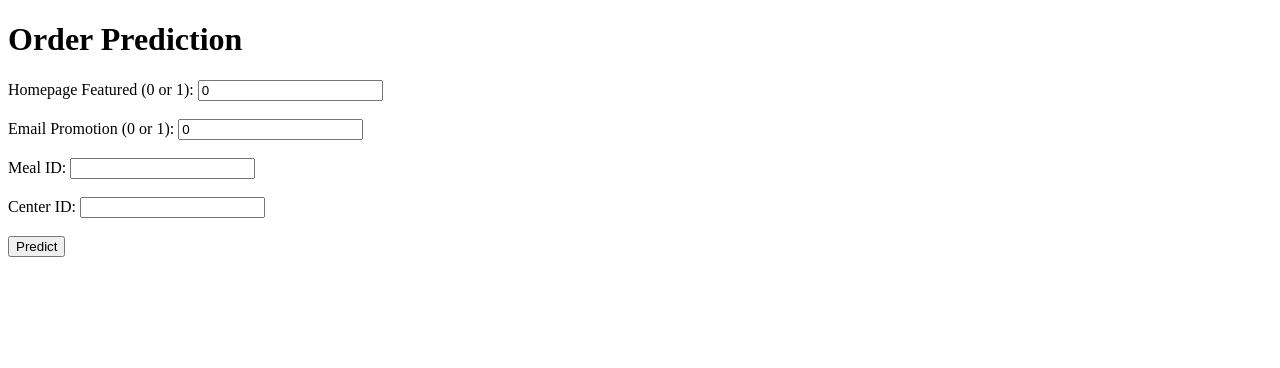
Repository: VishakhaSainani/food_demand_prediction
Page: index.html
The author's editor kept a copy of each file at every save. The page is drawn from the files as they stood at one save, then again after the next save.
The browser window is 1280 px wide. The pictures show the whole page.

Above is the page before, as saved 2024-04-25 02:32:00.

### index.html
<!DOCTYPE html>
<html lang="en">
  <head>
    <meta charset="UTF-8" />
    <meta name="viewport" content="width=device-width, initial-scale=1.0" />
    <title>Order Prediction</title>
  </head>
  <body>
    <h1>Order Prediction</h1>
    <label for="homepage">Homepage Featured (0 or 1):</label>
    <input type="number" id="homepage" value="0" /><br /><br />
    <label for="emailpromo">Email Promotion (0 or 1):</label>
    <input type="number" id="emailpromo" value="0" /><br /><br />
    <label for="mealid">Meal ID:</label>
    <input type="text" id="mealid" value="" /><br /><br />
    <label for="centerid">Center ID:</label>
    <input type="text" id="centerid" value="" /><br /><br />
    <button onclick="predict()">Predict</button><br /><br />
    <div id="result"></div>

    <script>
      function predict() {
        const homepage = document.getElementById("homepage").value;
        const emailpromo = document.getElementById("emailpromo").value;
        const mealid = document.getElementById("mealid").value;
        const centerid = document.getElementById("centerid").value;
        const data = {
          homepage_featured: homepage,
          emailer_for_promotion: emailpromo,
          meal_id: mealid,
          center_id: centerid,
        };

        fetch("/predict", {
          method: "POST",
          headers: {
            "Content-Type": "application/json",
          },
          body: JSON.stringify(data),
        })
          .then((response) => response.json())
          .then((data) => {
            document.getElementById(
              "result"
            ).innerText = `Predicted Number of Orders: ${data}`;
          })
          .catch((error) => {
            console.error("Error:", error);
          });
      }
    </script>
  </body>
</html>

After the next save:
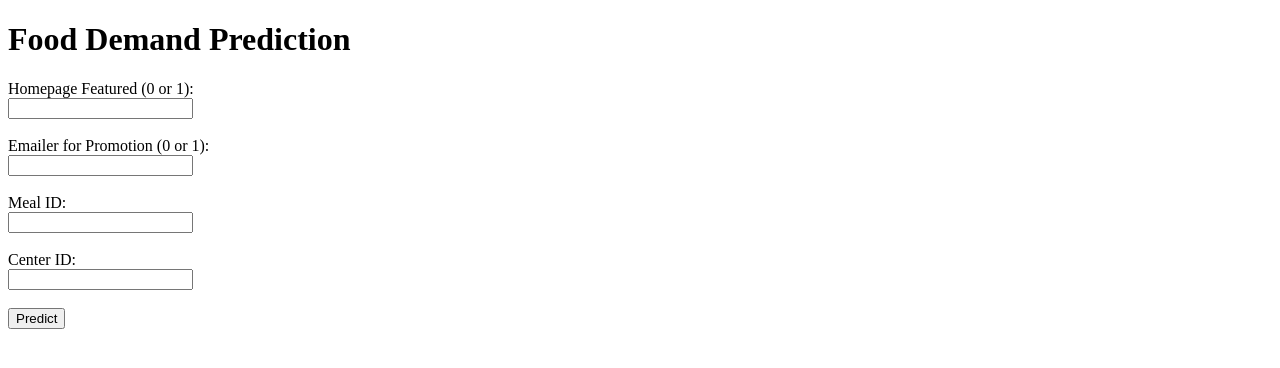
Saved 1 s later.
--- a/index.html
+++ b/index.html
@@ -3,51 +3,66 @@
   <head>
     <meta charset="UTF-8" />
     <meta name="viewport" content="width=device-width, initial-scale=1.0" />
-    <title>Order Prediction</title>
+    <title>Food Demand Prediction</title>
   </head>
   <body>
-    <h1>Order Prediction</h1>
-    <label for="homepage">Homepage Featured (0 or 1):</label>
-    <input type="number" id="homepage" value="0" /><br /><br />
-    <label for="emailpromo">Email Promotion (0 or 1):</label>
-    <input type="number" id="emailpromo" value="0" /><br /><br />
-    <label for="mealid">Meal ID:</label>
-    <input type="text" id="mealid" value="" /><br /><br />
-    <label for="centerid">Center ID:</label>
-    <input type="text" id="centerid" value="" /><br /><br />
-    <button onclick="predict()">Predict</button><br /><br />
-    <div id="result"></div>
+    <h1>Food Demand Prediction</h1>
+    <form id="prediction-form">
+      <label for="homepage_featured">Homepage Featured (0 or 1):</label><br />
+      <input
+        type="number"
+        id="homepage_featured"
+        name="homepage_featured"
+        required
+      /><br /><br />
+      <label for="emailer_for_promotion">Emailer for Promotion (0 or 1):</label
+      ><br />
+      <input
+        type="number"
+        id="emailer_for_promotion"
+        name="emailer_for_promotion"
+        required
+      /><br /><br />
+      <label for="meal_id">Meal ID:</label><br />
+      <input type="number" id="meal_id" name="meal_id" required /><br /><br />
+      <label for="center_id">Center ID:</label><br />
+      <input
+        type="number"
+        id="center_id"
+        name="center_id"
+        required
+      /><br /><br />
+      <button type="submit">Predict</button>
+    </form>
+    <div id="prediction-result"></div>
 
     <script>
-      function predict() {
-        const homepage = document.getElementById("homepage").value;
-        const emailpromo = document.getElementById("emailpromo").value;
-        const mealid = document.getElementById("mealid").value;
-        const centerid = document.getElementById("centerid").value;
-        const data = {
-          homepage_featured: homepage,
-          emailer_for_promotion: emailpromo,
-          meal_id: mealid,
-          center_id: centerid,
-        };
-
-        fetch("/predict", {
-          method: "POST",
-          headers: {
-            "Content-Type": "application/json",
-          },
-          body: JSON.stringify(data),
-        })
-          .then((response) => response.json())
-          .then((data) => {
-            document.getElementById(
-              "result"
-            ).innerText = `Predicted Number of Orders: ${data}`;
+      document
+        .getElementById("prediction-form")
+        .addEventListener("submit", function (event) {
+          event.preventDefault();
+          const form = event.target;
+          const data = {
+            homepage_featured: form.homepage_featured.value,
+            emailer_for_promotion: form.emailer_for_promotion.value,
+            meal_id: form.meal_id.value,
+            center_id: form.center_id.value,
+          };
+          fetch("/predict", {
+            method: "POST",
+            headers: {
+              "Content-Type": "application/json",
+            },
+            body: JSON.stringify(data),
           })
-          .catch((error) => {
-            console.error("Error:", error);
-          });
-      }
+            .then((response) => response.json())
+            .then((result) => {
+              document.getElementById(
+                "prediction-result"
+              ).innerText = `Predicted Orders: ${result.prediction}`;
+            })
+            .catch((error) => console.error("Error:", error));
+        });
     </script>
   </body>
 </html>
